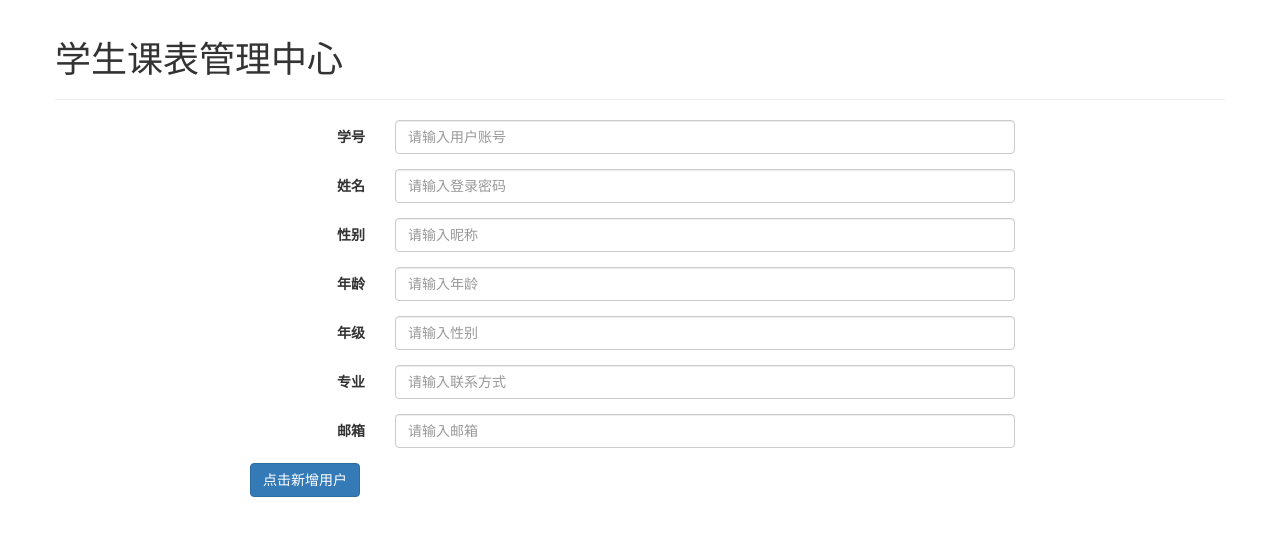
Repository: JetChen07/mybatis
Page: http://localhost/course/addstudent.jsp
The author's editor kept a copy of each file at every save. The page is drawn from the files as they stood at one save, then again after the next save.
The browser window is 1280 px wide. The pictures show the whole page.
The page is served by Tomcat 9. Nobody is signed in. The application's start-up code is not run. Other server files are loaded and not shown.

Above is the page before, as saved 2018-05-22 01:25:31.

### course/src/main/webapp/addstudent.jsp
<%@ page contentType="text/html;charset=UTF-8" language="java" import="com.jack.entity.Student,java.util.*" isELIgnored="false"%>
<%@ taglib prefix="c" uri="http://java.sun.com/jsp/jstl/core"%>
<%@ taglib prefix="fmt" uri="http://java.sun.com/jsp/jstl/fmt" %>
<!DOCTYPE html PUBLIC "-//W3C//DTD HTML 4.01 Transitional//EN" "http://www.w3.org/TR/html4/loose.dtd">
<html>
<head>
    <title>学生课表管理中心</title>
    <link rel="stylesheet" href="lib/bootstrap-3.3.7-dist/css/bootstrap.min.css">
    <script src="lib/2.2.4/jquery-1.12.4.min.js"></script>
    <script src="lib/bootstrap-3.3.7-dist/js/bootstrap.min.js"></script>
</head>
<body>
<div class="container">
    <div class="row">
        <div class="page-header">
            <h1>学生课表管理中心</h1>
        </div>
    </div>
    <div class="row">
        <div class="col-md-8 col-md-offset-2">
            <form class="form-horizontal" action="${pageContext.request.contextPath}/addstudent">
                <div class="form-group">
                    <label for="username" class="col-sm-2 control-label">学号</label>
                    <div class="col-sm-10">
                        <input type="text" class="form-control" id="username" name="username" placeholder="请输入用户账号">
                    </div>
                </div>
                <div class="form-group">
                    <label for="userpass" class="col-sm-2 control-label">姓名</label>
                    <div class="col-sm-10">
                        <input type="text" class="form-control" id="userpass" name="userpass" placeholder="请输入登录密码">
                    </div>
                </div>
                <div class="form-group">
                    <label for="nickname" class="col-sm-2 control-label">性别</label>
                    <div class="col-sm-10">
                        <input type="text" class="form-control" id="nickname" name="nickname" placeholder="请输入昵称">
                    </div>
                </div>
                <div class="form-group">
                    <label for="age" class="col-sm-2 control-label">年龄</label>
                    <div class="col-sm-10">
                        <input type="text" class="form-control" id="age" name="age"  placeholder="请输入年龄">
                    </div>
                </div>
                <div class="form-group">
                    <label for="gender" class="col-sm-2 control-label">年级</label>
                    <div class="col-sm-10">
                        <input type="text" class="form-control" id="gender" name="gender"  placeholder="请输入性别">
                    </div>
                </div>
                <div class="form-group">
                    <label for="phone" class="col-sm-2 control-label">专业</label>
                    <div class="col-sm-10">
                        <input type="text" class="form-control" id="phone" name="phone"  placeholder="请输入联系方式">
                    </div>
                </div>
                <div class="form-group">
                    <label for="email" class="col-sm-2 control-label">邮箱</label>
                    <div class="col-sm-10">
                        <input type="text" class="form-control" id="email" name="email" placeholder="请输入邮箱">
                    </div>
                </div>
                <div class="form-group">
                    <input type="submit" value="点击新增用户" class="btn btn-primary">
                </div>
            </form>
        </div>
    </div>
</div>

</body>
</html>

Loaded but not shown: course/src/main/webapp/lib/bootstrap-3.3.7-dist/css/bootstrap.min.css (library); course/src/main/webapp/lib/2.2.4/jquery-1.12.4.min.js (library); course/src/main/webapp/lib/bootstrap-3.3.7-dist/js/bootstrap.min.js (library)

After the next save:
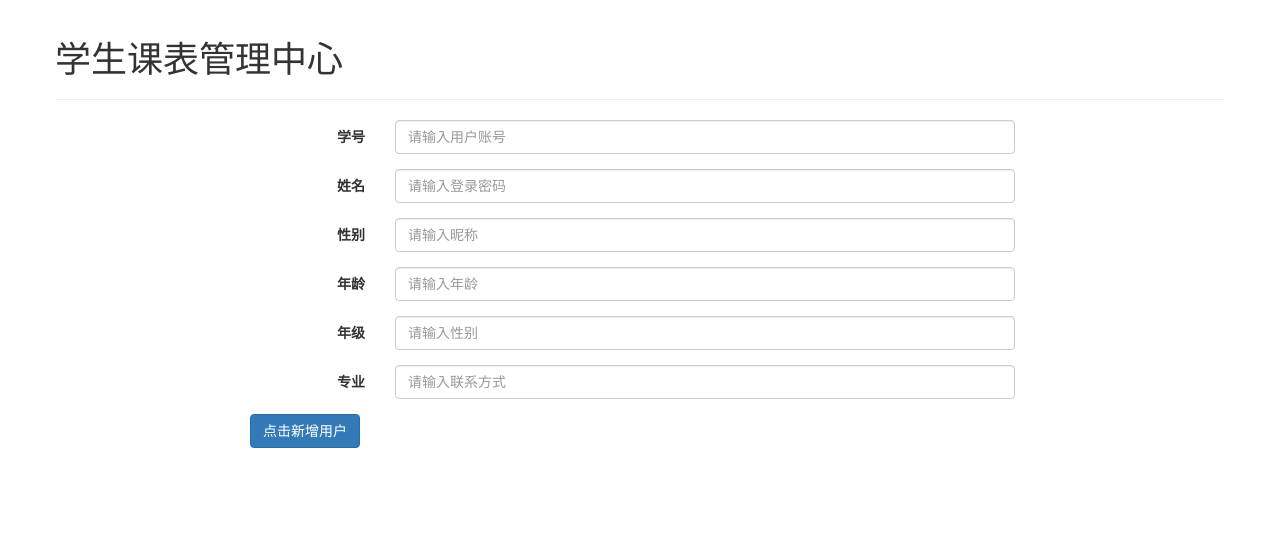
Saved 22 s later.
--- a/course/src/main/webapp/addstudent.jsp
+++ b/course/src/main/webapp/addstudent.jsp
@@ -56,12 +56,6 @@
                     </div>
                 </div>
                 <div class="form-group">
-                    <label for="email" class="col-sm-2 control-label">邮箱</label>
-                    <div class="col-sm-10">
-                        <input type="text" class="form-control" id="email" name="email" placeholder="请输入邮箱">
-                    </div>
-                </div>
-                <div class="form-group">
                     <input type="submit" value="点击新增用户" class="btn btn-primary">
                 </div>
             </form>
